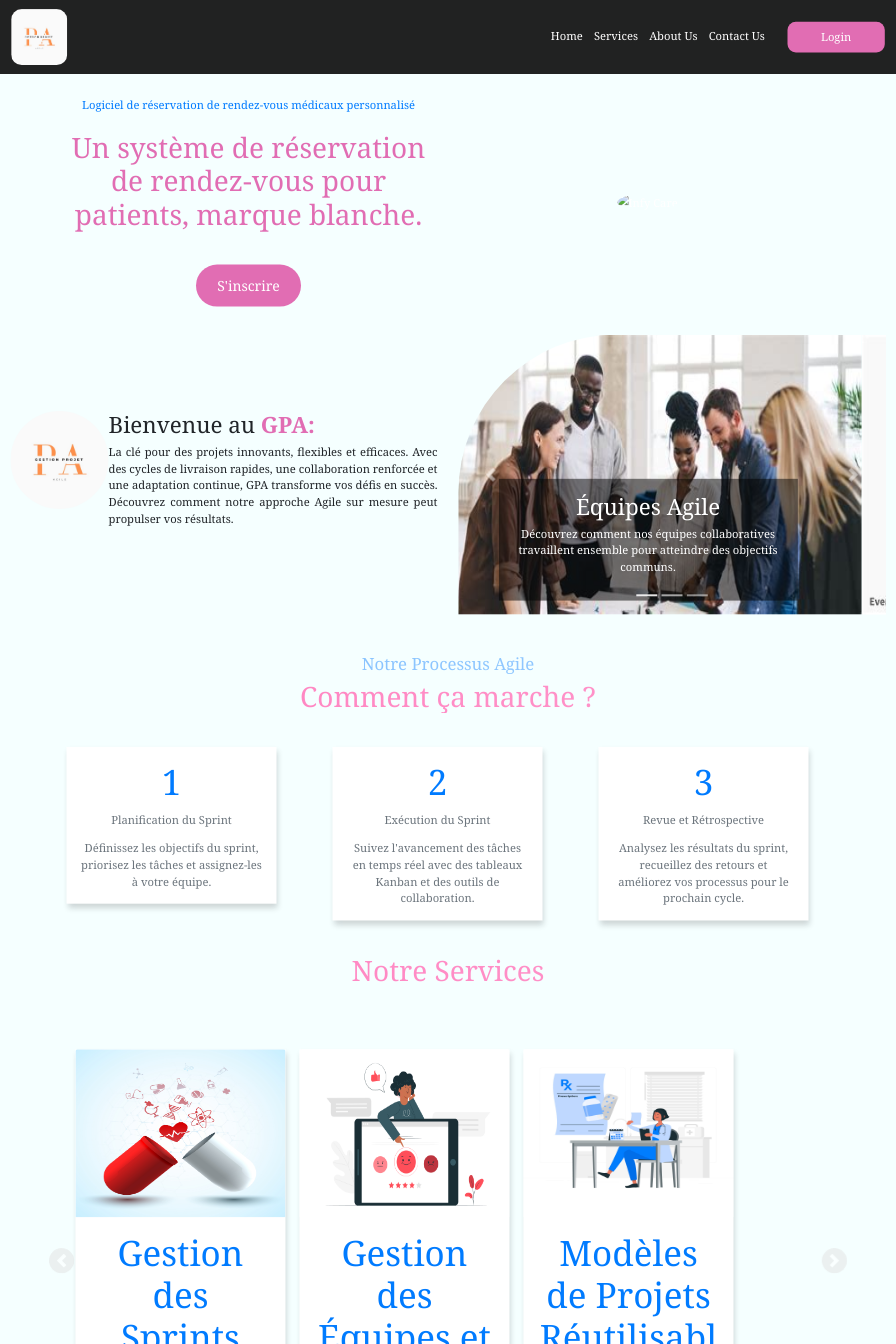
Repository: SalmaElhaou/Scrum-Project
Page: http://localhost/
The author's editor kept a copy of each file at every save. The page is drawn from the files as they stood at one save, then again after the next save.
The browser window is 1280 px wide. The pictures show the part of the page from y = 0 to 1920 px (the page is 3071 px tall before and 3079 px after), at 70% of full size.
Some web libraries are served in a nearby version. The page is served by the project's Laravel application, run on PHP 8.4 with Laravel 10.

Above is the page before, as saved 2025-02-01 22:45:28.
Console error: TypeError: Cannot read properties of null (reading 'addEventListener')

After the next save:
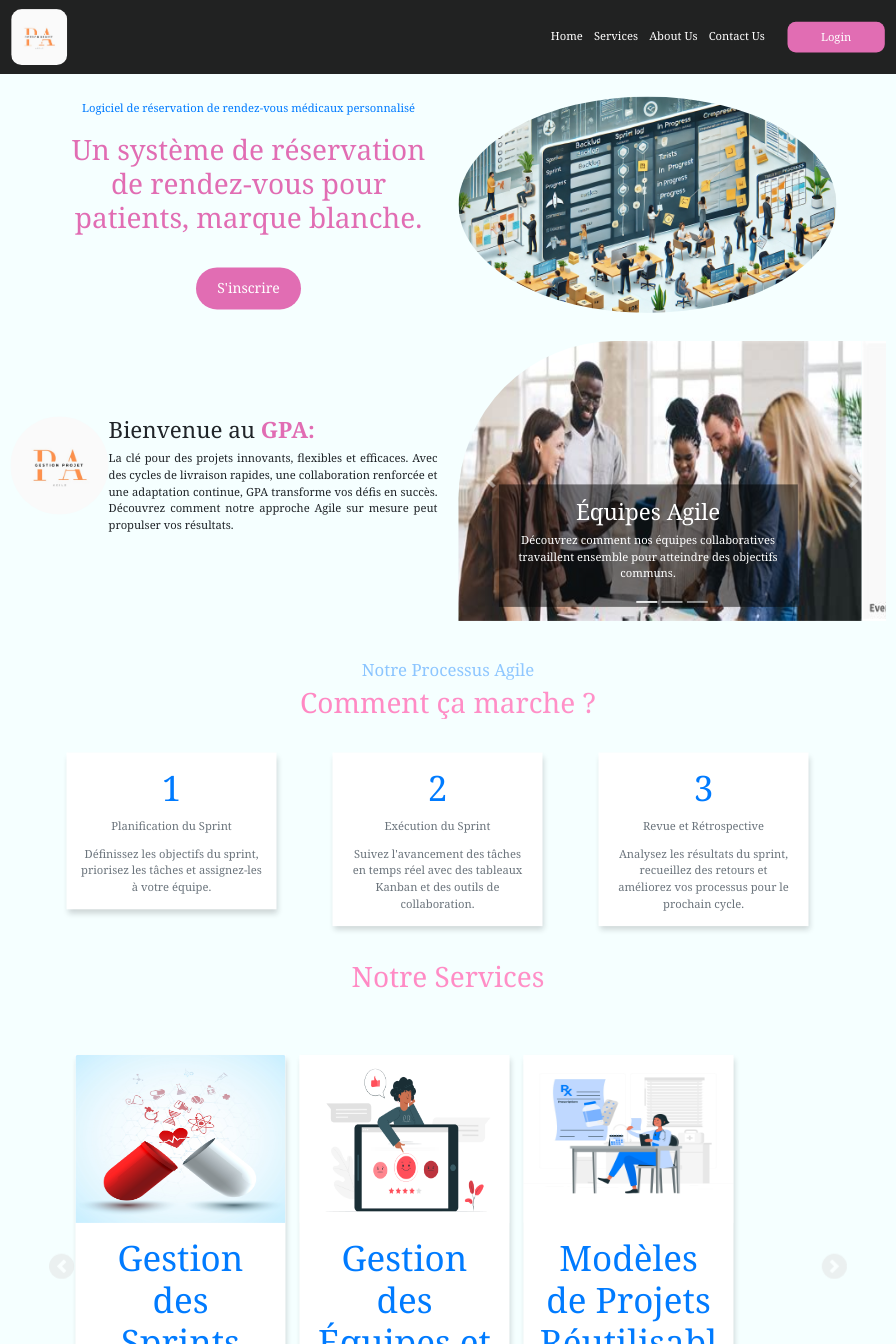
Saved 5 s later.
--- a/resources/views/welcome.blade.php
+++ b/resources/views/welcome.blade.php
@@ -367,7 +367,7 @@
         </div>
         <!-- Colonne pour l'image -->
         <div class="col-lg-6 text-center">
-          <img src="img/.png" alt="Infy Care" class="img-fluid object-image-cover rounded-circle" loading="lazy">
+          <img src="img/logo.png" alt="Infy Care" class="img-fluid object-image-cover rounded-circle" loading="lazy">
         </div>
       </div>
     </div>
